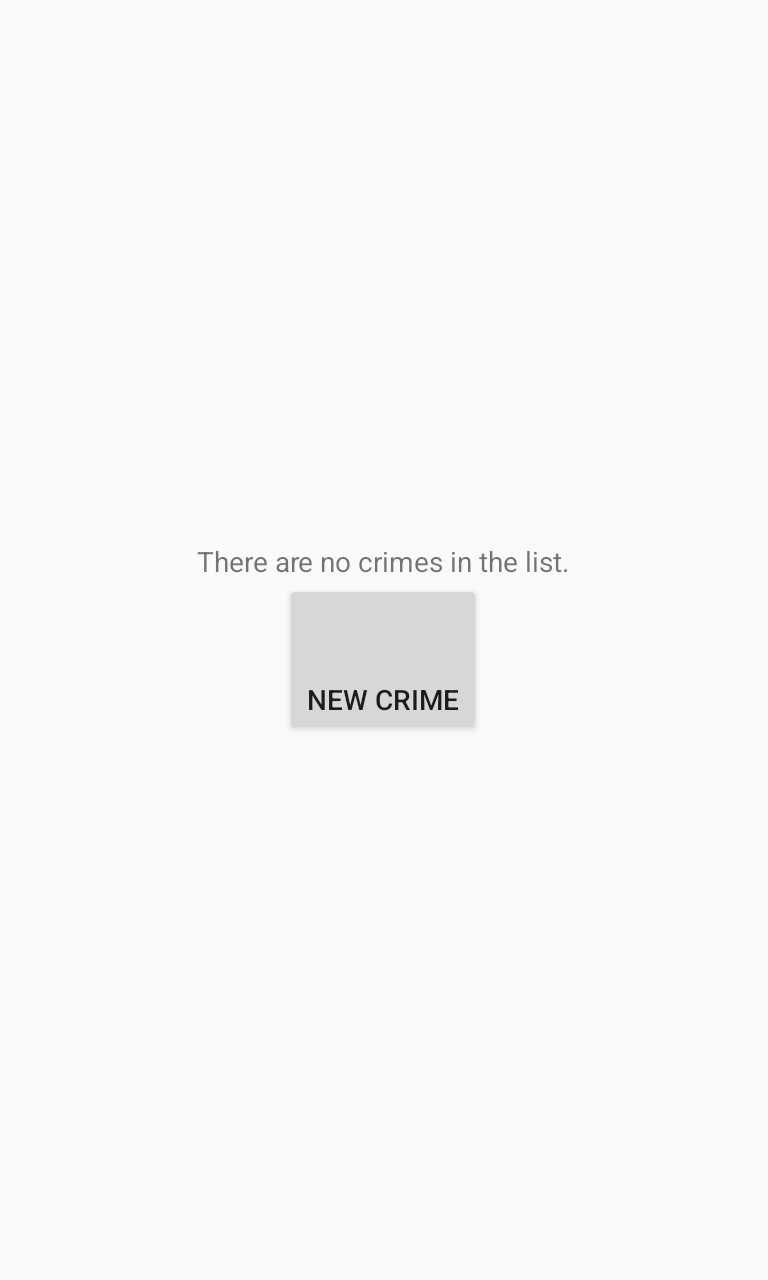
Repository: Jeedan/learning-android-apps
Layout: CriminalIntent/res/layout/fragment_list_empty.xml
An editor plug-in stored every save of this project. The layout is shown before and after the next save, followed by the edit.
It is drawn on a 768 x 1280 px phone screen (xhdpi) without system bars, with theme AppTheme; the app's code is not run. Lists and similar views that code fills are empty.

Above is the layout before, as saved 2014-10-23 10:13:56.

After the next save:
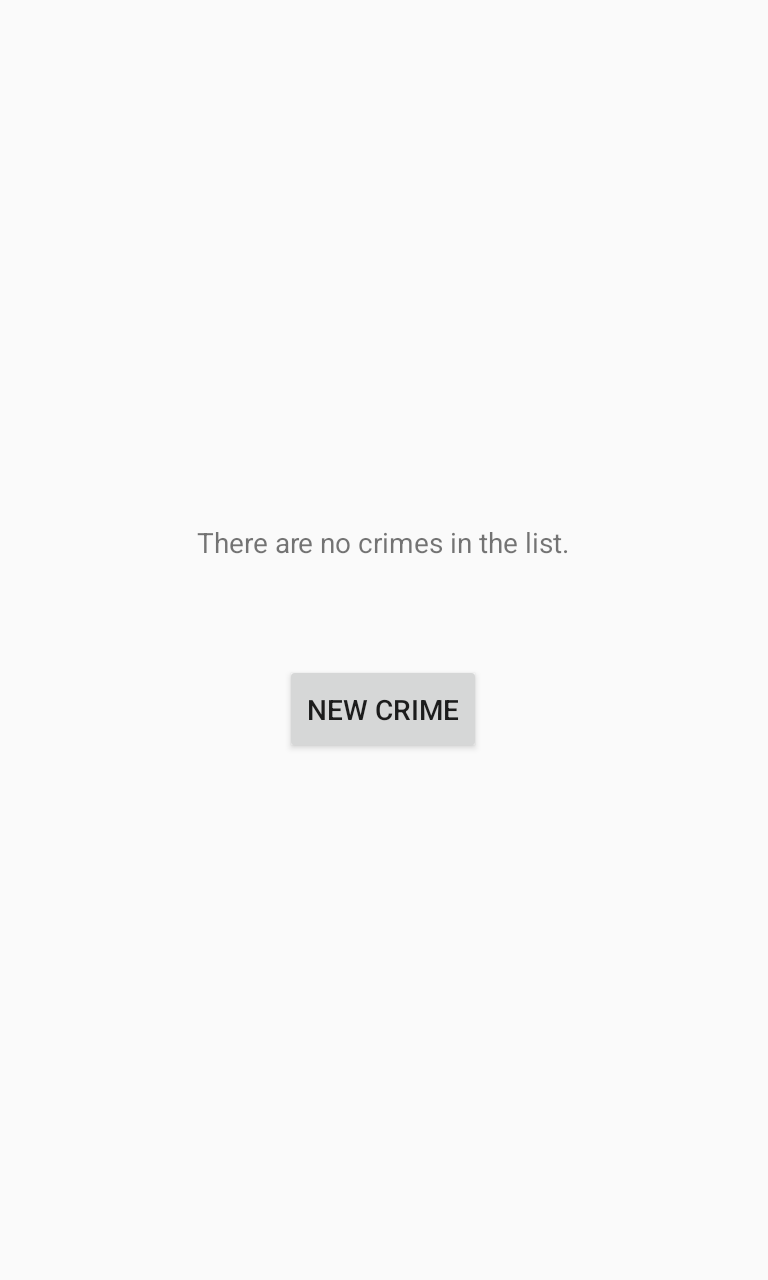
Saved 16 s later.
--- a/CriminalIntent/res/layout/fragment_list_empty.xml
+++ b/CriminalIntent/res/layout/fragment_list_empty.xml
@@ -27,6 +27,6 @@
         android:layout_height="wrap_content"
         android:text="@string/new_crime"
         android:layout_gravity="center"
-        android:paddingTop="50dp" />
+        android:layout_marginTop="50dp"/>
    </LinearLayout>
 </FrameLayout>
